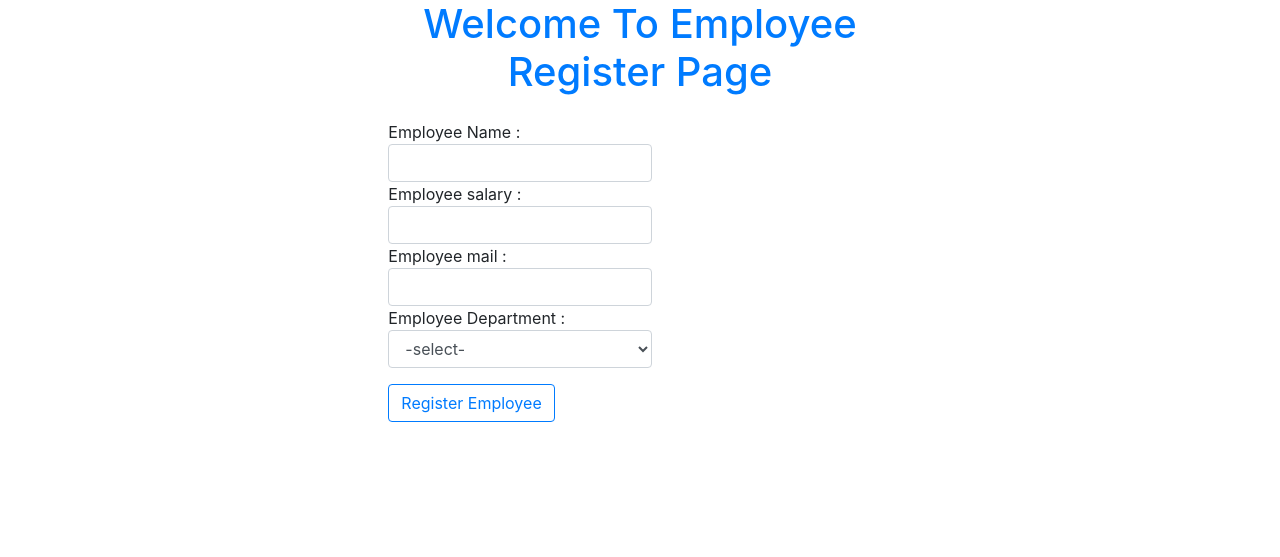
Repository: lokeshsukhwal/EmployeeMiniProject
Page: http://localhost/EmployeeRegister
These files come from the project's save history. The page is drawn as it stood at one moment and after the next save; the edit follows.
The browser window is 1280 px wide. The pictures show the whole page.
The page is this project's Thymeleaf template; nobody is signed in. The template is opened directly, without the code that normally fills it, so the values that code supplies are empty.

Above is the page before, as saved 2023-01-18 13:23:31.

After the next save:
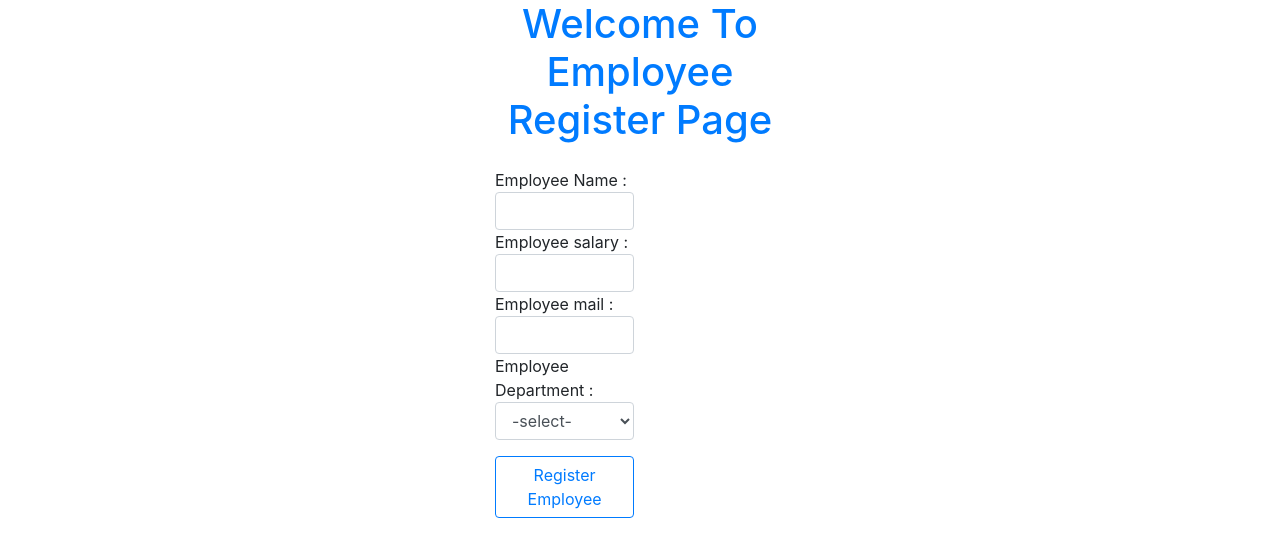
Saved 34 s later.
--- a/SpringBootMvc-ThymeleafMySqlCrudMiniProject/src/main/resources/templates/EmployeeRegister.html
+++ b/SpringBootMvc-ThymeleafMySqlCrudMiniProject/src/main/resources/templates/EmployeeRegister.html
@@ -7,7 +7,7 @@
 <link rel="stylesheet" href="https://cdn.jsdelivr.net/npm/bootstrap@4.6.2/dist/css/bootstrap.min.css">
 </head>
 <body>
-<div class="container col-sm-5">
+<div class="container col-sm-3">
 	<h1 class=" text-primary text-center">Welcome To Employee Register Page</h1>
 		<form th:action="@{/employee/save}" method="POST" class="mt-4 form col-sm-7 row">
 
